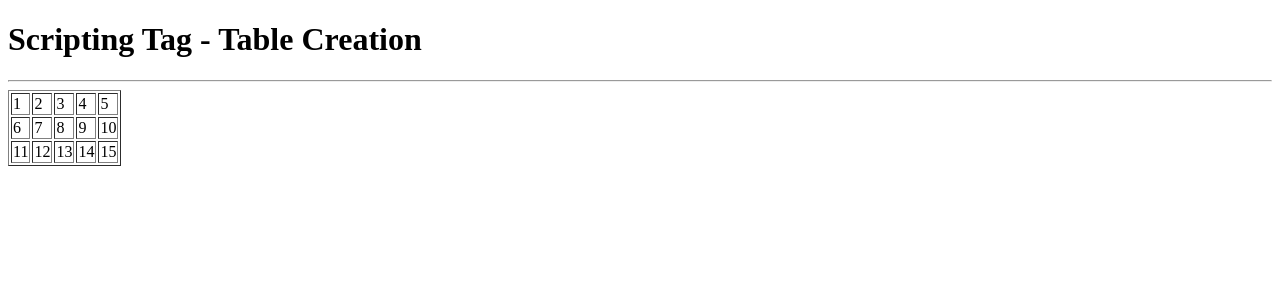
Repository: an-sehyeon/web_inworld
Page: http://localhost/web/04_script_test.jsp
These files come from the project's save history. The page is drawn as it stood at one moment and after the next save; the edit follows.
The browser window is 1280 px wide. The pictures show the whole page.
The page is served by Tomcat 10.

Above is the page before, as saved 2024-12-14 12:49:56.

After the next save:
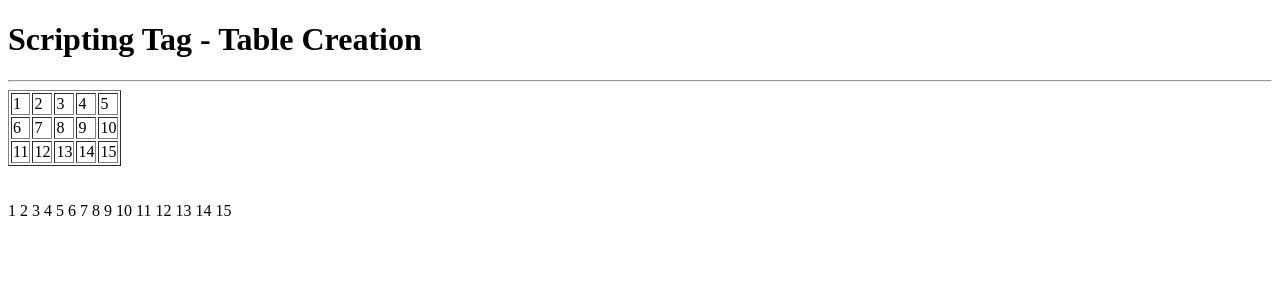
Saved 7 min 8 s later.
--- a/web_inwolrd/04_Servlet/dev/web/src/main/webapp/04_script_test.jsp
+++ b/web_inwolrd/04_Servlet/dev/web/src/main/webapp/04_script_test.jsp
@@ -15,5 +15,25 @@
 		<tr><td>6</td><td>7</td><td>8</td><td>9</td><td>10</td></tr>
 		<tr><td>11</td><td>12</td><td>13</td><td>14</td><td>15</td></tr>
 	</table>
+	<br><br>
+
+	<!-- Using JSP -->
+	<%
+		for(int i = 0; i<3; i++){
+	%>
+			<tr>
+	<%
+				for(int j = 0; j<5; j++){
+	%>
+					<td><%=(i*5 + j + 1)%></td>
+	<%
+				}
+	%>
+			</tr>
+	<%
+		}
+	%>
+
+
 </body>
 </html>
